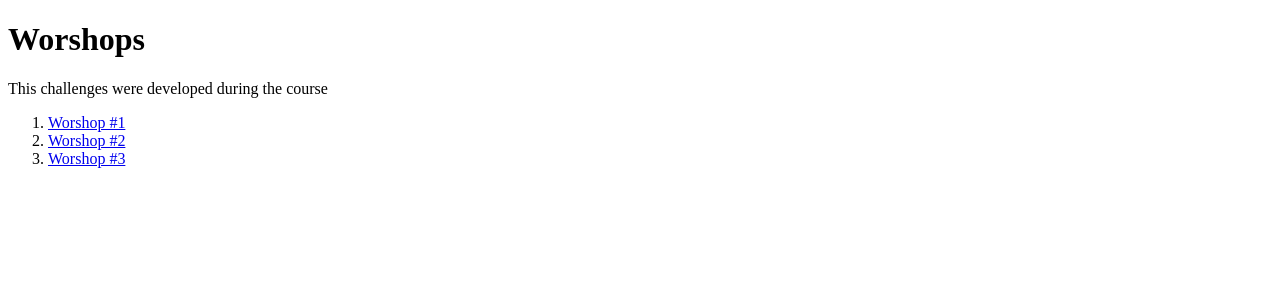
Repository: jangabe/curso-practico-javascript
Page: index.html
The author's editor kept a copy of each file at every save. The page is drawn from the files as they stood at one save, then again after the next save.
The browser window is 1280 px wide. The pictures show the whole page.

Above is the page before, as saved 2022-06-24 09:56:25.

### index.html
<!DOCTYPE html>
<html lang="en">
<head>
    <meta charset="UTF-8">
    <meta name="viewport" content="width=device-width, initial-scale=1.0">
    <title>Home | Practice course of JavaScript</title>
</head>
<body>
    <header>
        <h1>Worshops</h1>
        <p>This challenges were developed during the course</p>
    </header>
    <section>
        <nav>
            <ol>
                <li>
                    <a href="./figures.html">Worshop #1</a>
                </li>
                <li>
                    <a href="./figures.html">Worshop #2</a>
                </li>
                <li>
                    <a href="./figures.html">Worshop #3</a>
                </li>
            </ol>
        </nav>
    </section>
</body>
</html>

After the next save:
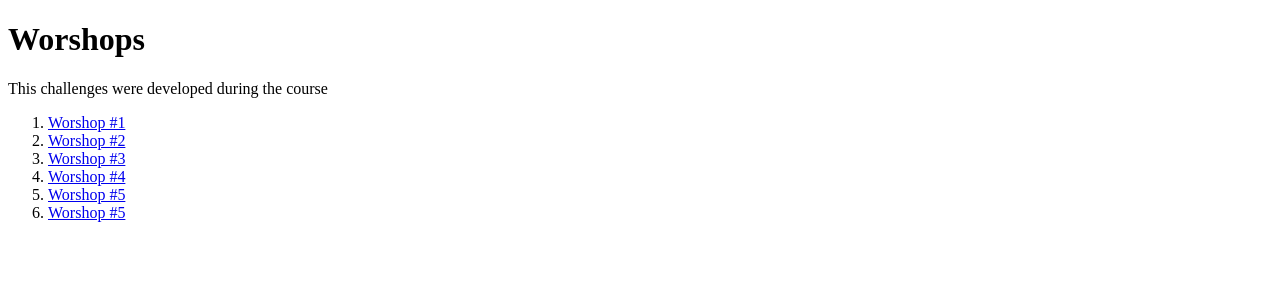
Saved 61 s later.
--- a/index.html
+++ b/index.html
@@ -17,10 +17,19 @@
                     <a href="./figures.html">Worshop #1</a>
                 </li>
                 <li>
-                    <a href="./figures.html">Worshop #2</a>
+                    <a href="./discounts.html">Worshop #2</a>
                 </li>
                 <li>
-                    <a href="./figures.html">Worshop #3</a>
+                    <a href="./average.html">Worshop #3</a>
+                </li>
+                <li>
+                    <a href="./median.html">Worshop #4</a>
+                </li>
+                <li>
+                    <a href="./mode.html">Worshop #5</a>
+                </li>
+                <li>
+                    <a href="./salaries.html">Worshop #5</a>
                 </li>
             </ol>
         </nav>
